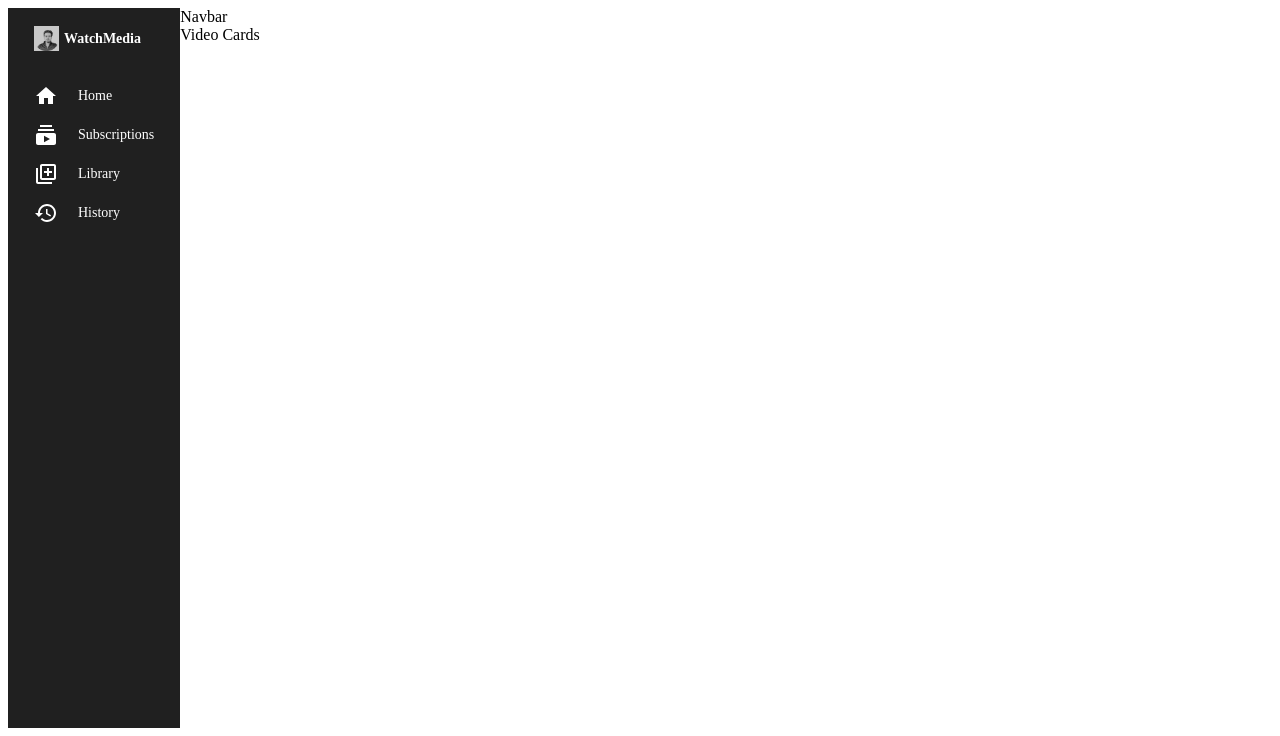
Repository: inzamamahmad3/final-year-project-skeleton
Page: /
An editor plug-in stored every save of this project. The page is shown before and after a run of saves, followed by the edit.
The browser window is 1280 px wide. The pictures show the whole page.
The project was rebuilt for these pictures with package versions that can differ from the ones it lists, and the page was loaded fresh each time.

Above is the page before, as saved 2023-07-18 00:14:05.

After the next 2 saves:
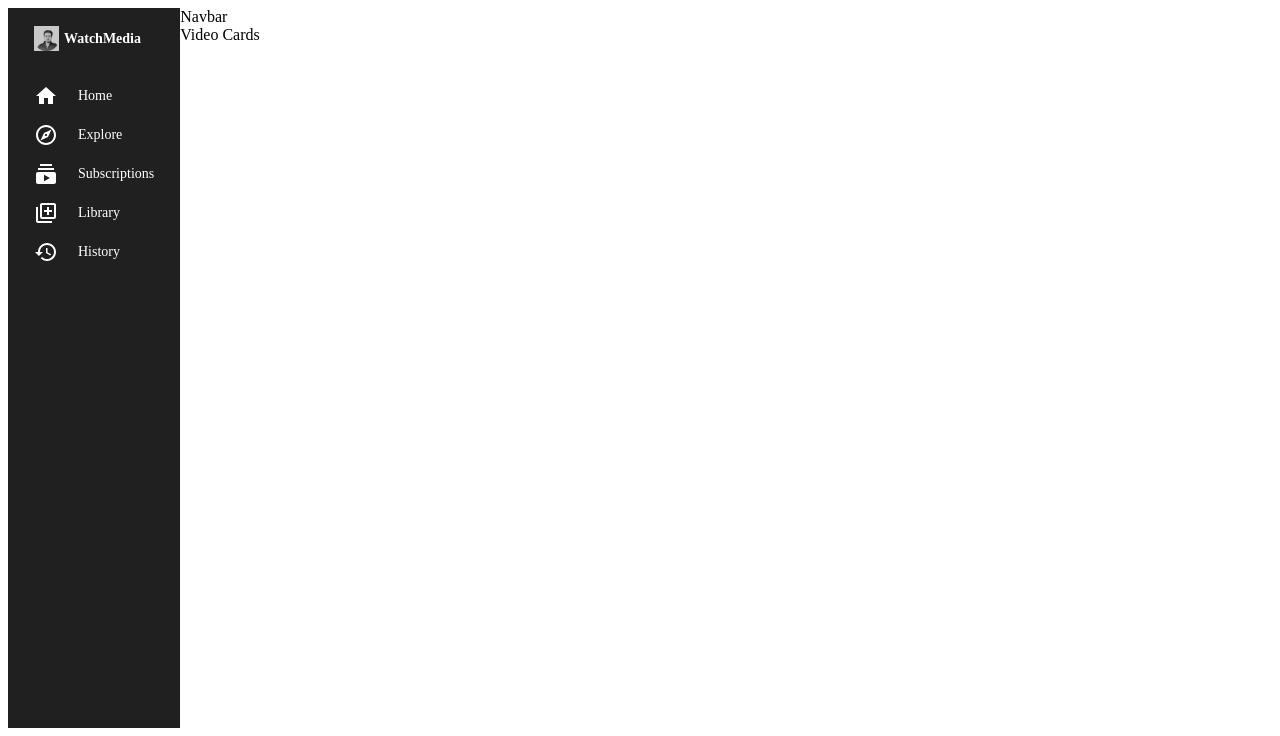
The 2 saves are shown as one change because 1 did not build or start.
The last was saved 74 s later.
--- a/src/components/Menu.jsx
+++ b/src/components/Menu.jsx
@@ -2,6 +2,7 @@ import React from "react";
 import styled from "styled-components";
 import watch from "../img/pic.png";
 import HomeIcon from "@mui/icons-material/Home";
+import ExploreOutlinedIcon from "@mui/icons-material/ExploreOutlined";
 import SubscriptionsIcon from "@mui/icons-material/Subscriptions";
 import LibraryAddOutlinedIcon from "@mui/icons-material/LibraryAddOutlined";
 import HistoryOutlinedIcon from "@mui/icons-material/HistoryOutlined";
@@ -62,6 +63,10 @@ function Menu() {
           Home
         </Item>
         <Item>
+          <ExploreOutlinedIcon />
+          Explore
+        </Item>
+        <Item>
           <SubscriptionsIcon />
           Subscriptions
         </Item>
